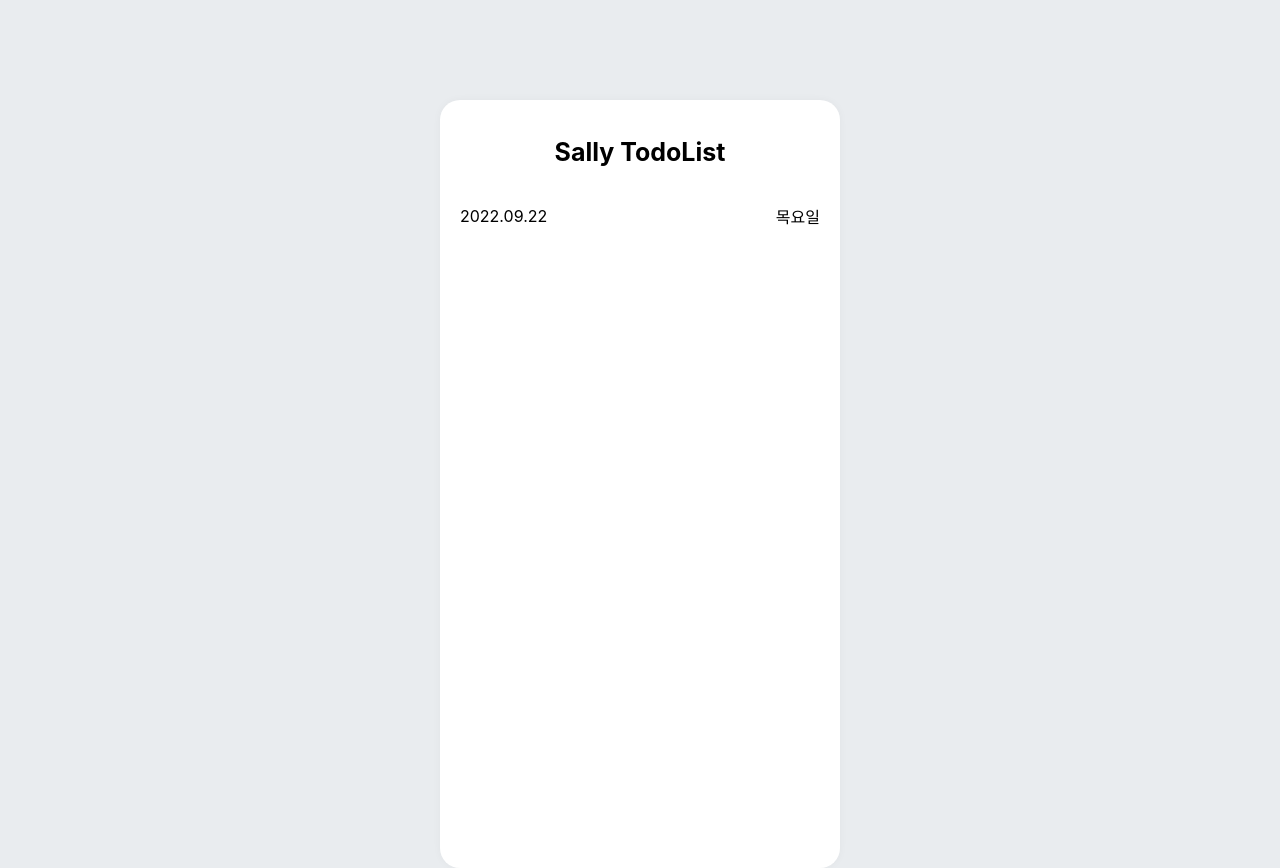
Repository: kwak0630/react-todo
Page: /
The author's editor kept a copy of each file at every save. The page is drawn from the files as they stood at one save, then again after a run of saves.
The browser window is 1280 px wide. The pictures show the whole page.
The project was rebuilt for these pictures with package versions that can differ from the ones it lists, and the page was loaded fresh each time.

Above is the page before, as saved 2022-09-22 15:05:50.

After the next 2 saves:
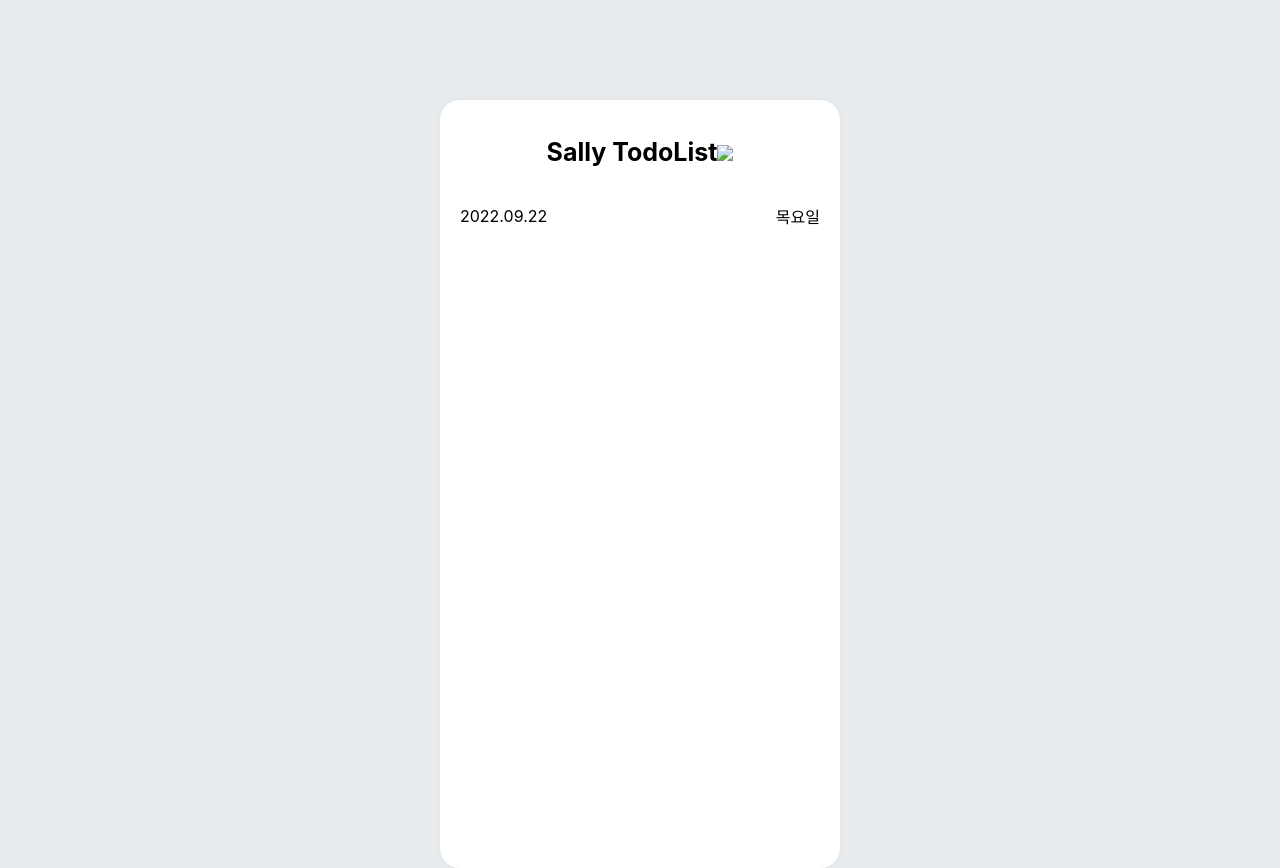
Not found: asstes/images/ico_sally.png
The 2 saves are shown as one change because 1 did not build or start.
The last was saved 69 s later.
--- a/src/components/TodoHeader.js
+++ b/src/components/TodoHeader.js
@@ -17,7 +17,7 @@
 function TodoHeader(){
     return (
         <TodoHeaderBlock>
-            <h1>Sally TodoList</h1>
+            <h1>Sally TodoList<img src='./asstes/images/ico_sally.png' /></h1>
             <div className="header-box">
                 <span className='day'>2022.09.22</span>
                 <span className='date'>목요일</span>

After the save that followed:
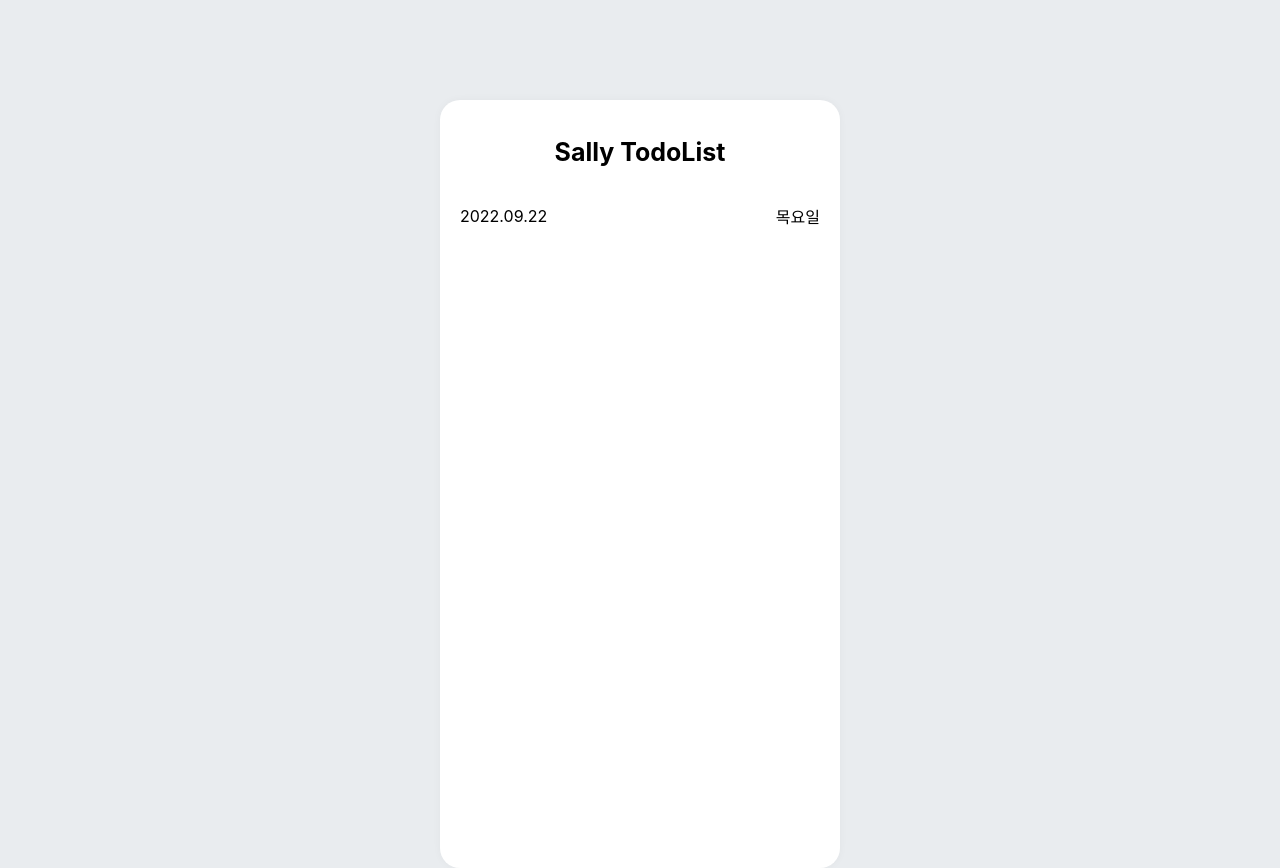
Saved 22 s later.
--- a/src/components/TodoHeader.js
+++ b/src/components/TodoHeader.js
@@ -17,7 +17,7 @@
 function TodoHeader(){
     return (
         <TodoHeaderBlock>
-            <h1>Sally TodoList<img src='./asstes/images/ico_sally.png' /></h1>
+            <h1>Sally TodoList</h1>
             <div className="header-box">
                 <span className='day'>2022.09.22</span>
                 <span className='date'>목요일</span>
